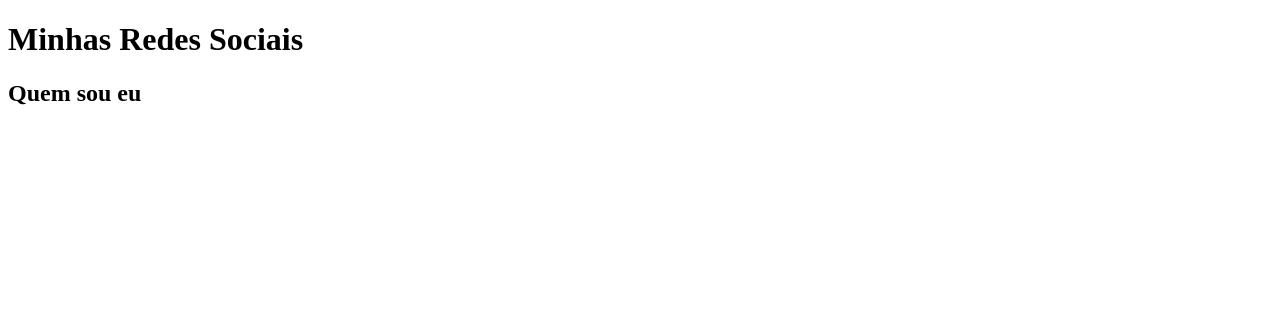
Repository: pheonix5/Estudo
Page: html-css/desafio/d005/index.html
An editor plug-in stored every save of this project. The page is shown before and after the next save, followed by the edit.
The browser window is 1280 px wide. The pictures show the whole page.

Above is the page before, as saved 2023-08-02 19:59:21.

### html-css/desafio/d005/index.html
<!DOCTYPE html>
<html lang="pt-br">
<head>
  <meta charset="UTF-8">
  <meta name="viewport" content="width=device-width, initial-scale=1.0">
  <link rel="shortcut icon" href="imagens/favicon-32x32.png" type="image/x-icon">
  <title>Social</title>
</head>
<body>
  <h1>Minhas Redes Sociais</h1>
  <h2>Quem sou eu</h2>
</body>
</html>

After the next save:
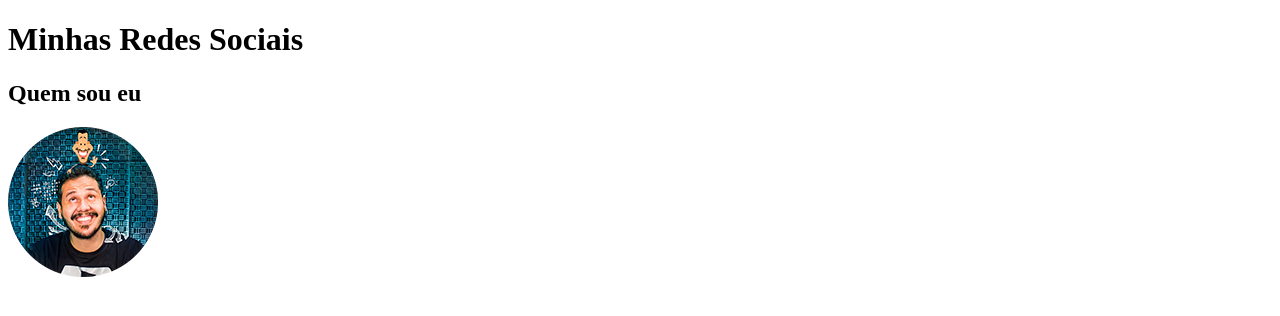
Saved 55 s later.
--- a/html-css/desafio/d005/index.html
+++ b/html-css/desafio/d005/index.html
@@ -9,5 +9,6 @@
 <body>
   <h1>Minhas Redes Sociais</h1>
   <h2>Quem sou eu</h2>
+  <img src="imagens/foto-perfil-guanabara.png" alt="Foto-Perfil">
 </body>
 </html>
